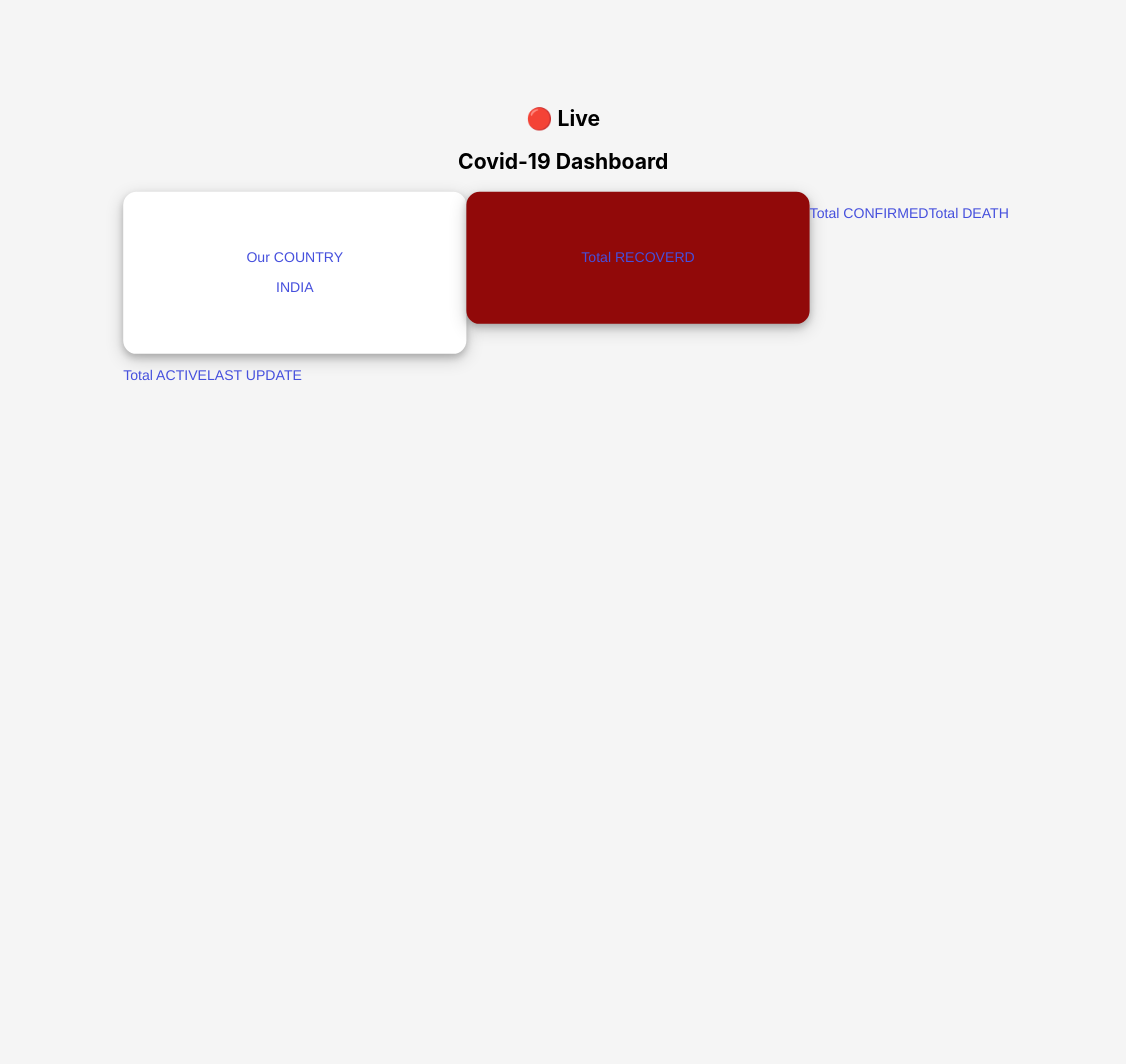
Repository: Aniketlamage/covid19-dashboard
Page: /
An editor plug-in stored every save of this project. The page is shown before and after the next save, followed by the edit.
The browser window is 1280 px wide. The pictures show the whole page, at 88% of full size.
The page's requests for data from a server got no answer. The project was rebuilt for these pictures with package versions that can differ from the ones it lists, and the page was loaded fresh each time. No one was signed in, and anything a server would have sent is missing.

Above is the page before, as saved 2021-09-30 19:46:21.

After the next save:
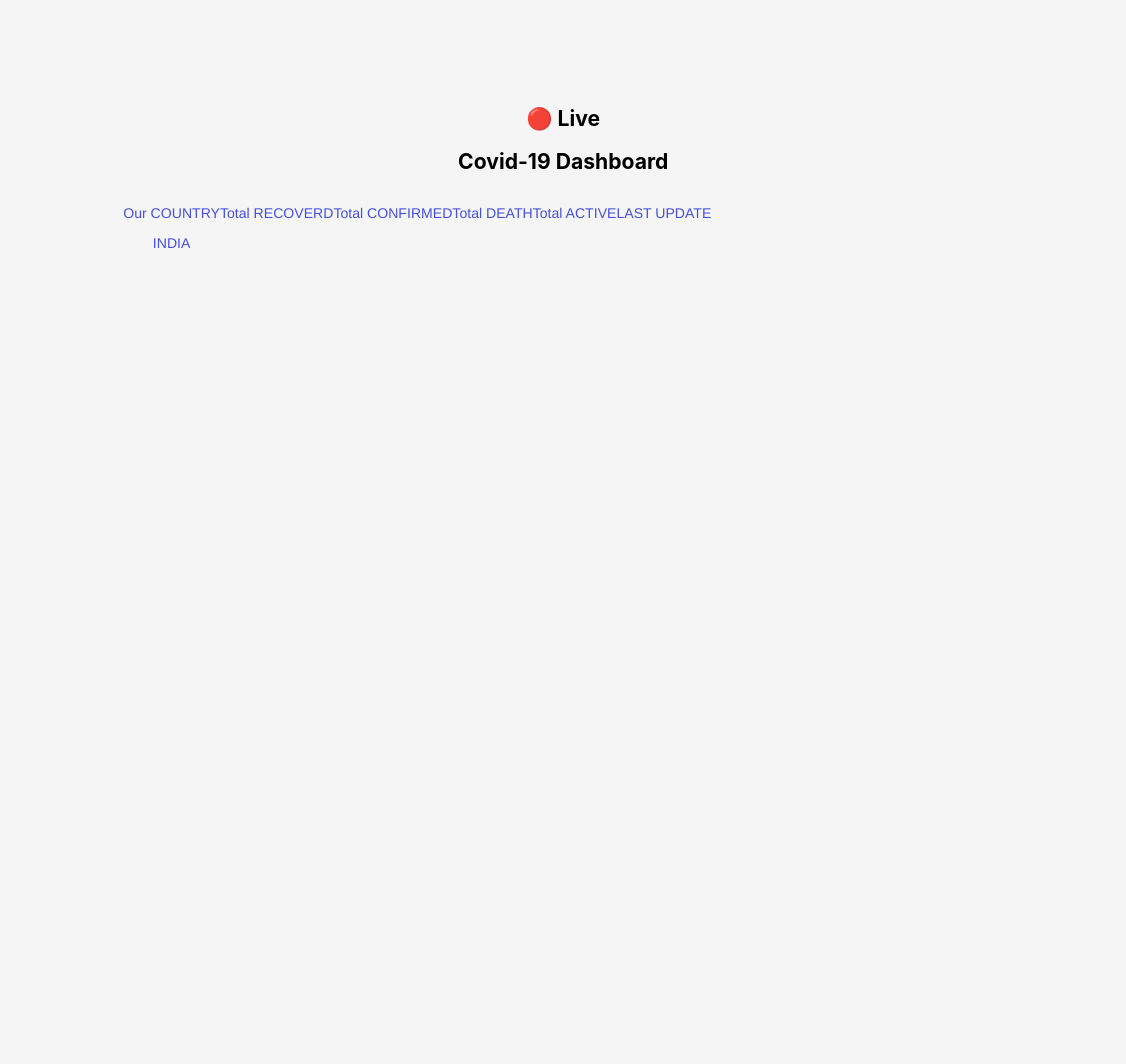
Saved 50 s later.
--- a/src/components/covid.css
+++ b/src/components/covid.css
@@ -24,18 +24,8 @@ ul{
     display: flex;
     flex-wrap: wrap;
 }
-div.card__main1 {
+div.card__main {
     background-color: white;
-    border-radius: 15px;
-    width: 290px;
-    padding: 50px;
-    margin: 0;
-    align-items: center;
-    box-shadow: 0 4px 8px 0 rgba(0, 0, 0, 0.2), 0 6px 20px 0 rgba(0, 0, 0, 0.19);
- }
-
- div.card__main2 {
-    background-color: rgb(145, 9, 9);
     border-radius: 15px;
     width: 290px;
     padding: 50px;
